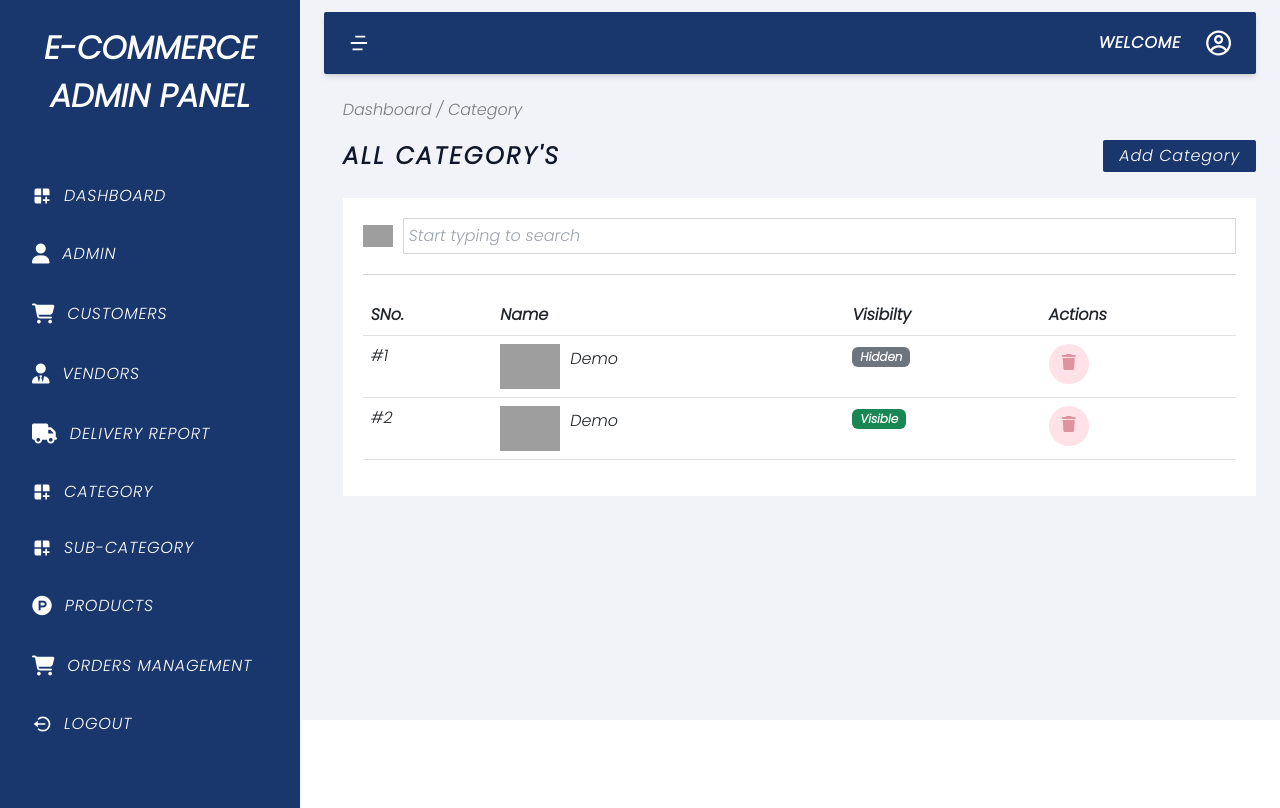
Repository: FlyweisReact/Hariom-Admin-Panel
Page: /E-Commerce/Category
An editor plug-in stored every save of this project. The page is shown before and after the next save, followed by the edit.
The browser window is 1280 px wide. The pictures show the whole page.
Pictures or frames that could not be fetched are drawn as grey boxes. Some web libraries are served in a nearby version. The project was rebuilt for these pictures with package versions that can differ from the ones it lists, and the page was loaded fresh each time. Also part of the build but not shown: src/vendorPanel/forms/VendorLogin.jsx, src/vendorPanel/layout/Navbar.jsx, src/vendorPanel/layout/Sidebar.jsx, src/vendorPanel/layout/HOC.jsx, src/vendorPanel/pages/AdminDiscount.js, src/vendorPanel/pages/AdminReview.js, src/vendorPanel/pages/Astrologers.js, src/vendorPanel/pages/Banners.js and 32 more.

Above is the page before, as saved 2023-04-26 19:16:50.

### public/index.html
<!-- @format -->

<!DOCTYPE html>
<html lang="en">
  <head>
    <meta charset="utf-8" />
    <meta name="viewport" content="width=device-width, initial-scale=1" />
    <meta name="theme-color" content="#000000" />
    <meta
      name="description"
      content="Web site created using create-react-app"
    />
    <link rel="apple-touch-icon" href="%PUBLIC_URL%/favicon.ico?v=2" />
    <link rel="manifest" href="%PUBLIC_URL%/manifest.json" />
    <link rel="preconnect" href="https://fonts.googleapis.com">
<link rel="preconnect" href="https://fonts.gstatic.com" crossorigin>
<link href="https://fonts.googleapis.com/css2?family=Roboto+Mono:ital,wght@1,300&display=swap" rel="stylesheet">
    <title>HariOm</title>
  </head>
  <body>
    <noscript>You need to enable JavaScript to run this app.</noscript>
    <div id="root"></div>
    <script src="https://code.jquery.com/jquery-3.6.0.min.js"></script>
    <script src="https://kit.fontawesome.com/b533b351e4.js" crossorigin="anonymous"></script>
  </body>
</html>

### src/index.js
import React from "react";
import ReactDOM from "react-dom/client";
import "./index.css";
import App from "./App";
import { BrowserRouter } from "react-router-dom";
import 'bootstrap/dist/css/bootstrap.min.css'

const root = ReactDOM.createRoot(document.getElementById("root"));
root.render(
  <React.StrictMode>
    <BrowserRouter>
      <App />
    </BrowserRouter>
  </React.StrictMode>
);

### src/index.css
/** @format */

@tailwind base;
@tailwind components;
@tailwind utilities;
@import url("https://fonts.googleapis.com/css2?family=Roboto+Mono:ital,wght@1,300&display=swap");
@font-face {
  font-family: Roboto;
  src: url("./Fonts/Poppins-LightItalic.ttf");
}
body {
  margin: 0;
  font-family: Roboto !important;
  -webkit-font-smoothing: antialiased;
  -moz-osx-font-smoothing: grayscale;
}

code {
  font-family: Roboto !important;
}

html {
  font-family: Roboto !important;
}

::-webkit-scrollbar {
  width: 10px;
}
.fa-trash {
  color: red;
  cursor: pointer;
}

.iCOn {

  transition: 0.5s;
  box-shadow: none;
  transform: scale(1);
}
.cardDiv{
  cursor: pointer;
}

.cardDiv:hover .iCOn{
  box-shadow: rgba(0, 0, 0, 0.35) 0px 5px 15px;
  transform: scale(1.3);
}

/* Track */
::-webkit-scrollbar-track {
  background: #f1f1f1;
}

/* Handle */
::-webkit-scrollbar-thumb {
  background: #888;
}

/* Handle on hover */
::-webkit-scrollbar-thumb:hover {
  background: #555;
}
.profileImage {
  width: 100px;
}
.fa-eye {
  color: #029aff;
  cursor: pointer;
}
.fa-edit {
  cursor: pointer;
  color: blue;
}

.View {
  border: 1px solid black;
  width: 100%;
  padding: 10px;
}

.main-card--container {
  display: grid;
  grid-template-columns: repeat(3, minmax(300px, 500px));
  grid-gap: 50px;
  justify-content: space-around;
}
.card-container {
  margin: 25px 0 auto;
  box-shadow: rgba(0, 0, 0, 0.35) 0px 5px 15px;
  position: relative;
  display: grid;
  grid-template-columns: 1fr;
  justify-content: space-around;
  align-items: flex-start;
}

.myEdit:focus {
  box-shadow: rgba(0, 0, 0, 0.35) 0px 5px 15px;
}



.AstroLogin{
  color: #fff;
  background-color: #2b7a8e;
  padding: 10px;
  width: 380px;
  text-align: center;
  font-size: 20px;
  background: linear-gradient(to left, #2b7a8e 50%, #fff 50%) right;
  background-size: 200%;
  transition: 0.5s ease-out;
  border: 1px solid #2b7a8e;
  margin-top: 10px;
  text-transform: uppercase;
}
.AstroLogin:hover {
  background-position: left;
  color: #2b7a8e;
}

.EcommerceAdminLogin{
  color: #fff;
  background-color: #19376d ;
  padding: 10px;
  width: 380px;
  text-align: center;
  font-size: 20px;
  background: linear-gradient(to left, #19376d 50%, #fff 50%) right;
  background-size: 200%;
  transition: 0.5s ease-out;
  border: 1px solid #19376d;
  margin-top: 10px;
  text-transform: uppercase;
}

.EcommerceAdminLogin:hover{
  background-position: left;
  color: #19376d;
}
.EcommerceVendorLogin{
  color: #fff;
  background-color: #576cbc;
  padding: 10px;
  width: 380px;
  text-align: center;
  font-size: 20px;
  background: linear-gradient(to left, #576cbc 50%, #fff 50%) right;
  background-size: 200%;
  transition: 0.5s ease-out;
  border: 1px solid #576cbc;
  margin-top: 10px;
  text-transform: uppercase;
}

.EcommerceVendorLogin:hover{
  background-position: left;
  color: #576cbc;
}

.view{
  background-color: #2196f3;
  color: #fff;
  width: 50%;
  padding: 5px;
}


.two-sec{
display:flex;
justify-content: space-evenly;
  justify-content: space-evenly;
}
.two-sec .left{
  width: 60%;
  background-color: #f6f1ef;
  padding: 20px;
 }
 .two-sec .left .head{
  font-size: 25px;
  font-weight: bold;
 }



.two-sec .right{
  width: 30%;
  background-color: #f6f1ef;
 }

 .searchDiv{
  width: 100%;
  display: flex;
  gap: 10px;
  border: 1px solid rgb(179, 179, 179);
  padding: 10px;
  margin-bottom: 20px;
  align-items: center;
 }
 .searchDiv input {
  width: 94%;
  outline: none;
  border: none;
 }

 .flexCont {
  display: flex;
  align-items: center;
  gap: 10px;
 }
 .flexCont img{
  width: 60px;
  background-color: #e9ecef;
 }

 .blockContent{
  display: block;
 }
 .blockContent p{
  margin: 0;
 }

 .checkBox{
  width: 50px;
  height: 25px;
  background-color: #e9ecef;
  border-radius: 50px;
  position: relative;
  cursor: pointer;
 }
 .checkBox span{
  width: 20px;
  height: 20px;
  border-radius: 100%;
  background-color: #fff;
  position: absolute;
  left: 5px;
  top: 2px;
 }
 .ActivecheckBox{
  width: 50px;
  height: 25px;
  background-color: #0d6efd;
  border-radius: 50px;
  position: relative;
  cursor: pointer;
 }
 .ActivecheckBox span{
  width: 20px;
  height: 20px;
  border-radius: 100%;
  background-color: #fff;
  position: absolute;
  right: 5px;
  top: 2px;
 }

 .fa-eye{
  color: #0cba73;
  background-color: #d6f8e8;
  width: 40px;
  text-align: center;
  height: 40px;
  display: flex;
  border-radius: 100%;
  justify-content: center;
  padding-top: 10px;  transition: 0.5s;
 }

 .fa-pen-to-square{
  color: #f4c39c;
  background-color: #ffebdb;
  width: 40px;
  text-align: center;
  height: 40px;
  display: flex;
  border-radius: 100%;
  justify-content: center;
  padding-top: 10px;
  cursor: pointer;  transition: 0.5s;
 }
 .fa-trash{
  color: #df939f;
  background-color: #ffe1e8;
  width: 40px;
  text-align: center;
  height: 40px;
  display: flex;
  border-radius: 100%;
  justify-content: center;
  padding-top: 10px;
  cursor: pointer;
  transition: 0.5s;
 }
 .fa-trash:hover{
  transform: scale(1.2);
 }
 .fa-eye:hover{
  transform: scale(1.2);
 }
 .fa-pen-to-square:hover{
  transform: scale(1.2);
 }
 .required{
  color: #e74260;
 }

 .headP{
  margin-left: 2%;
  color: #7b7c7d;
 }
 .filterBox{
  display: flex;
  align-items: center;
  gap: 10px;
  border-bottom: 1px solid #d4d7dc;
  padding-bottom: 20px;
  margin-bottom: 20px;
 }
 .filterBox img{
  width: 30px;

 }
 .filterBox input{
  width: 100%;
  border: 1px solid #d4d7dc;
  outline: none;
  padding: 5px;
  color: black;
 }
 .sectionCont{
  width: 98%;
  background-color: #fff;
  margin-left: 2%;
  padding: 20px;
 }

 .overFlowCont{
  width: 100%;
  overflow-x: auto;
 }

### src/E-CommerceAdmin/pages/ECategory.js
/** @format */

import React from "react";
import HOC from "../layout/HOC";
import { Table, Modal, Form, Button, Badge } from "react-bootstrap";

const ECategory = () => {
  const [modalShow, setModalShow] = React.useState(false);

  function MyVerticallyCenteredModal(props) {
    return (
      <Modal
        {...props}
        size="lg"
        aria-labelledby="contained-modal-title-vcenter"
        centered
      >
        <Modal.Header closeButton>
          <Modal.Title id="contained-modal-title-vcenter">
            {" "}
            Add Category
          </Modal.Title>
        </Modal.Header>
        <Modal.Body>
          <Form>
            <Form.Group className="mb-3">
              <Form.Label>Image</Form.Label>
              <Form.Control type="file" required />
            </Form.Group>
            <Form.Group className="mb-3">
              <Form.Label>Name</Form.Label>
              <Form.Control type="text" required />
            </Form.Group>
            <Form.Group className="mb-3">
              <Form.Label> Visibility</Form.Label>
              <Form.Select aria-label="Default select example" required>
                <option>-- Select --</option>
                <option>Hidden</option>
                <option>Visible</option>
              </Form.Select>
            </Form.Group>

            <Button style={{ backgroundColor: "#19376d", borderRadius: "0" }} type="submit">
              Submit
            </Button>
          </Form>
        </Modal.Body>
      </Modal>
    );
  }

  return (
    <>
      <MyVerticallyCenteredModal
        show={modalShow}
        onHide={() => setModalShow(false)}
      />

      <section>
        <p className="headP">Dashboard / Category</p>
        <div
          className="pb-4 sticky top-0  w-full flex justify-between items-center"
          style={{ width: "98%", marginLeft: "2%" }}
        >
          <span
            className="tracking-widest text-slate-900 font-semibold uppercase"
            style={{ fontSize: "1.5rem" }}
          >
            All Category's
          </span>
          <button
            onClick={() => {
              setModalShow(true);
            }}
            className="md:py-2 px-3 md:px-4 py-1 rounded-sm bg-[#19376d] text-white tracking-wider"
          >
            Add Category
          </button>
        </div>

        <section className="sectionCont">
          <div className="filterBox">
            <img
              src="https://t4.ftcdn.net/jpg/01/41/97/61/360_F_141976137_kQrdYIvfn3e0RT1EWbZOmQciOKLMgCwG.jpg"
              alt=""
            />
            <input type="search" placeholder="Start typing to search" />
          </div>

          <div className="overFlowCont">
            <Table>
              <thead>
                <tr>
                  <th>SNo.</th>
                  <th>Name</th>
                  <th>Visibilty</th>
                  <th>Actions</th>
                </tr>
              </thead>
              <tbody>
                <tr>
                <td>#1</td>
                  <td>
                  <span className="flexCont">
                      <img src='https://img.staticmb.com/mbcontent/images/uploads/2022/11/importance-for-vastu-for-home.jpg' alt="" />
                      <p> Demo</p>
                    </span>

                  </td>
                  <td>
                    <Badge bg='secondary' >Hidden</Badge>
                  </td>
                  <td>
                    <i className="fa-solid fa-trash" />
                  </td>
                </tr>
                <tr>
                <td>#2</td>
                  <td>
                  <span className="flexCont">
                      <img src='https://img.staticmb.com/mbcontent/images/uploads/2022/11/importance-for-vastu-for-home.jpg' alt="" />
                      <p> Demo</p>
                    </span>

                  </td>
                  <td>
                    <Badge bg='success' >Visible</Badge>
                  </td>
                  <td>
                    <i className="fa-solid fa-trash" />
                  </td>
                </tr>
              </tbody>
            </Table>
          </div>
        </section>
      </section>
    </>
  );
};

export default HOC(ECategory);

### src/E-CommerceAdmin/layout/HOC.jsx
/** @format */

import React, { useState } from "react";
import Navbar from "./Navbar";
import Sidebar from "./Sidebar";

const HOC = (Wcomponenet) => {
  return function Component() {
    const [hamb, setHamb] = useState(false);
    return (
      <>
        <section className="flex overflow-x-hidden relative ">
          {/* Sidebar */}
          <div
            className={
              hamb
                ? " absolute top-0 z-30 md:w-auto shadow-md bg-slate-200  w-60 transition-all md:-left-full left duration-150  h-auto overflow-y-auto  left-0 "
                : " md:w-72 z-30 bg-slate-200  shadow-md  md:static absolute top-0 -left-full   transition-all duration-150  overflow-y-auto h-auto"
            }
            style={{ minWidth: "300px" }}
          >
            <Sidebar hamb={hamb} setHamb={setHamb} />
          </div>
          {/* Components & Navbar */}
          <div
            className={
              hamb
                ? " transition-all px-4 py-2  duration-150 w-full h-screen"
                : " w-full h-screen  px-4 py-2   z-50 transition-all duration-150 "
            }
            style={{backgroundColor : '#f2f3f8'}}
          >
            <Navbar hamb={hamb} setHamb={setHamb} />
            <div className="my-6 text-#000 h-[87%] wcomp overflow-y-auto">
              {" "}
              <Wcomponenet />
            </div>
          </div>
        </section>
      </>
    );
  };
};

export default HOC;

### src/E-CommerceAdmin/layout/Navbar.jsx
/** @format */

import { RiMenu4Line } from "react-icons/ri";
import { CgProfile } from "react-icons/cg";
import Form from "react-bootstrap/Form";
import { useState } from "react";
import Button from "react-bootstrap/Button";
import Modal from "react-bootstrap/Modal";
import Container from "react-bootstrap/Container";

function MyVerticallyCenteredModal(props) {
  return (
    <Modal
      {...props}
      size="lg"
      aria-labelledby="contained-modal-title-vcenter"
      centered
    >
      <Modal.Header closeButton>
        <Modal.Title id="contained-modal-title-vcenter">
          Edit Profile
        </Modal.Title>
      </Modal.Header>
      <Modal.Body>
        <Container style={{ width: "600px" }}>
          <Form>
            <Form.Group className="mb-3" controlId="formBasicEmail">
              <Form.Label>Name</Form.Label>
              <Form.Control type="text" placeholder="Admin" />
            </Form.Group>
            <Form.Group className="mb-3" controlId="formBasicPassword">
              <Form.Label>Email Address</Form.Label>
              <Form.Control type="email" placeholder="admin@gmail.com" />
            </Form.Group>
            <Form.Group className="mb-3" controlId="formBasicPassword">
              <Form.Label>Password</Form.Label>
              <Form.Control type="password" placeholder="Password" />
            </Form.Group>
            <Button variant="outline-success" type="submit">
              Edit
            </Button>
          </Form>
        </Container>
      </Modal.Body>
    </Modal>
  );
}

const Navbar = ({ hamb, setHamb }) => {
  const [modalShow, setModalShow] = useState(false);

  return (
    <>
      <MyVerticallyCenteredModal
        show={modalShow}
        onHide={() => setModalShow(false)}
      />

      <div
        className={
          hamb
            ? "flex  w-full justify-between  my-1 rounded-sm  p-4 py-3 shadow-md items-center  bg-slate-200 space-x-4"
            : "flex  w-full justify-between my-1 rounded-sm  p-4 py-3 shadow-md items-center  bg-slate-200 space-x-4"
        }
        style={{backgroundColor : '#19376d'}}
      >
        <RiMenu4Line
          onClick={() => setHamb(!hamb)}
          className="text-2xl font-bold text-gray-900 hover:scale-90 cursor-pointer"
          style={{color : '#fff'}}
        />

        <section className="flex sm:ml-auto justify-end sm:w-full items-center space-x-2  pr-2">
          <figcaption className="tracking-wider pl-1 font-semibold">
            <div className="lg:text-base text-sm text-gray-900  uppercase"    style={{color : '#fff'}}>
              Welcome
            </div>
          </figcaption>
        </section>

        <CgProfile
          onClick={() => setModalShow(true)}
          className="text-2xl sm:text-3xl font-bold text-[rgb(241,146,46)] cursor-pointer"
          style={{color : '#fff'}}
        />
      </div>
    </>
  );
};

export default Navbar;

### src/E-CommerceAdmin/layout/Sidebar.jsx
/** @format */

import React from "react";
import { RiCloseLine } from "react-icons/ri";
import { Link, useNavigate } from "react-router-dom";
import { BiLogOutCircle } from "react-icons/bi";
import { MdDashboardCustomize } from "react-icons/md";

const Sidebar = ({ hamb, setHamb }) => {
  const navigate = useNavigate();

  const nav = [
    {
      icon: <MdDashboardCustomize className="text-xl mr-3 rounded-full " />,
      link: "/E-Commerce/dashboard",
      name: "Dashboard",
    },

    {
      icon: (
        <i class="fa-solid fa-user text-xl mr-3 rounded-full"></i>
        ),
      link: "/E-Commerce/Admin",
      name: "Admin",
    },
    {
      icon: (
        <i className="fa-solid fa-cart-shopping text-xl mr-3 rounded-full"></i>
      ),
      link: "/E-Commerce/Admin/Customer",
      name: "Customers",
    },
    {
      icon:<i class="fa-solid fa-user-tie text-xl mr-3 rounded-full"></i>,
      link: "/E-Commerce/VendorList",
      name: "Vendors",
    },

    {
      icon: (
        <i class="fa-solid fa-truck  text-xl mr-3 rounded-full" ></i>
      ),
      link: "/E-Commerce/Admin/Delivery",
      name: "Delivery Report",
    },

    {
      icon: <MdDashboardCustomize className="text-xl mr-3 rounded-full " />,
      link: "/E-Commerce/Category",
      name: "Category",
    },

    {
      icon: (
        <MdDashboardCustomize className="text-xl mr-3 rounded-full " />
      ),
      link: "/E-Commerce/Admin/subCat",
      name: "Sub-Category",
    },

    {
      icon:<i className="fa-brands fa-product-hunt text-xl mr-3 rounded-full"></i>,
      link: "/E-Commerce/Product",
      name: "Products",
    },

    {
      icon: (
        <i className="fa-solid fa-cart-shopping text-xl mr-3 rounded-full"></i>
      ),
      link: "/E-commerce/Admin/Orders",
      name: "Orders Management",
    },
  ];

  const logOut = () => {
    navigate("/E-Commerce/login");
  };

  return (
    <>
      <aside
        className="p-4 h-auto"
        style={{ backgroundColor: "#19376d", minHeight: "100vh" }}
      >
        {/* Top */}
        <div className="w-full md:hidden relative  p-2 mb-4">
          <RiCloseLine
            onClick={() => setHamb(!hamb)}
            className="text-3xl  absolute top-2 sm:hover:rotate-[228deg] transition-transform font-bold right-2 sm:hover:text-[22px] text-[rgb(241,146,46)] cursor-pointer"
          />
        </div>{" "}
        <figure className="flex  flex-col items-center">
          <span
            className="font-bold text-[#fff]"
            style={{
              fontSize: "2rem",
              textAlign: "center",
              textTransform: "uppercase",
            }}
          >
            E-COMMERCE ADMIN PANEL
          </span>
        </figure>
        <nav className="py-6">
          {nav.map((nav) => {
            return (
              <Link
                to={nav.link}
                key={nav.name}
                className=""
                style={{ textDecoration: "none", textTransform: "uppercase" }}
              >
                <span
                  className="flex my-3 items-center cursor-pointer text-gray-900    tracking-wider p-2 rounded-sm"
                  style={{ color: "#FFF" }}
                >
                  {nav.icon} {nav.name}
                </span>
              </Link>
            );
          })}
          <span
            className="flex my-3 items-center cursor-pointer text-gray-900    tracking-wider p-2 rounded-sm"
            onClick={() => logOut()}
            style={{ color: "#FFF", textTransform: "uppercase" }}
          >
            <BiLogOutCircle className="text-xl mr-3 rounded-full " /> LogOut
          </span>
        </nav>
      </aside>
    </>
  );
};

export default Sidebar;

Loaded but not shown: tailwind.config.js (common file); src/App.js (97 lines, source omitted)

After the next save:
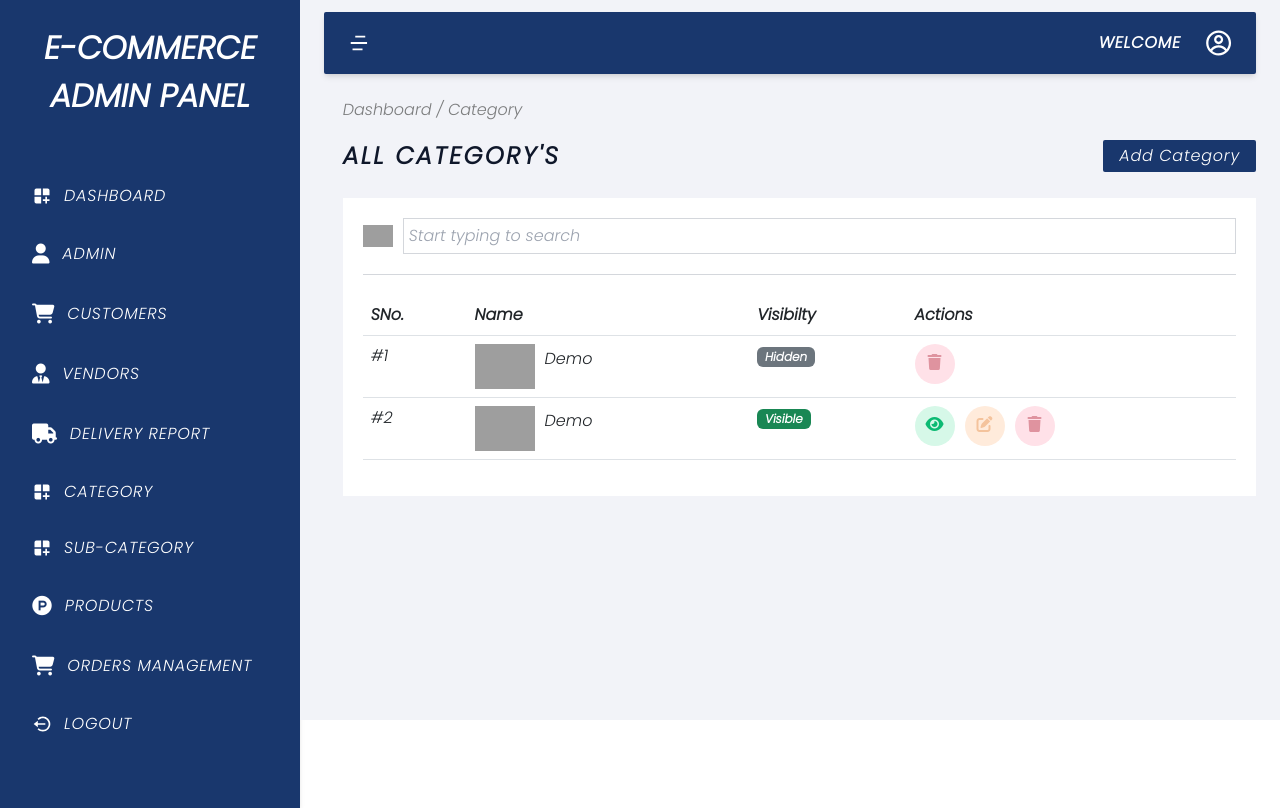
Saved 12 s later.
--- a/src/E-CommerceAdmin/pages/ECategory.js
+++ b/src/E-CommerceAdmin/pages/ECategory.js
@@ -127,7 +127,23 @@ const ECategory = () => {
                     <Badge bg='success' >Visible</Badge>
                   </td>
                   <td>
-                    <i className="fa-solid fa-trash" />
+                  <span className="flexCont">
+                      <i
+                        class="fa-solid fa-eye"
+                        onClick={() => setModalShow2(true)}
+                      ></i>
+                      <i
+                        class="fa-solid fa-pen-to-square"
+                        onClick={() => {
+                          setEdit(true);
+                          setModalShow(true);
+                        }}
+                      ></i>
+                      <i
+                        class="fa-sharp fa-solid fa-trash"
+                        onClick={() => deleteHandler()}
+                      ></i>
+                    </span>
                   </td>
                 </tr>
               </tbody>
